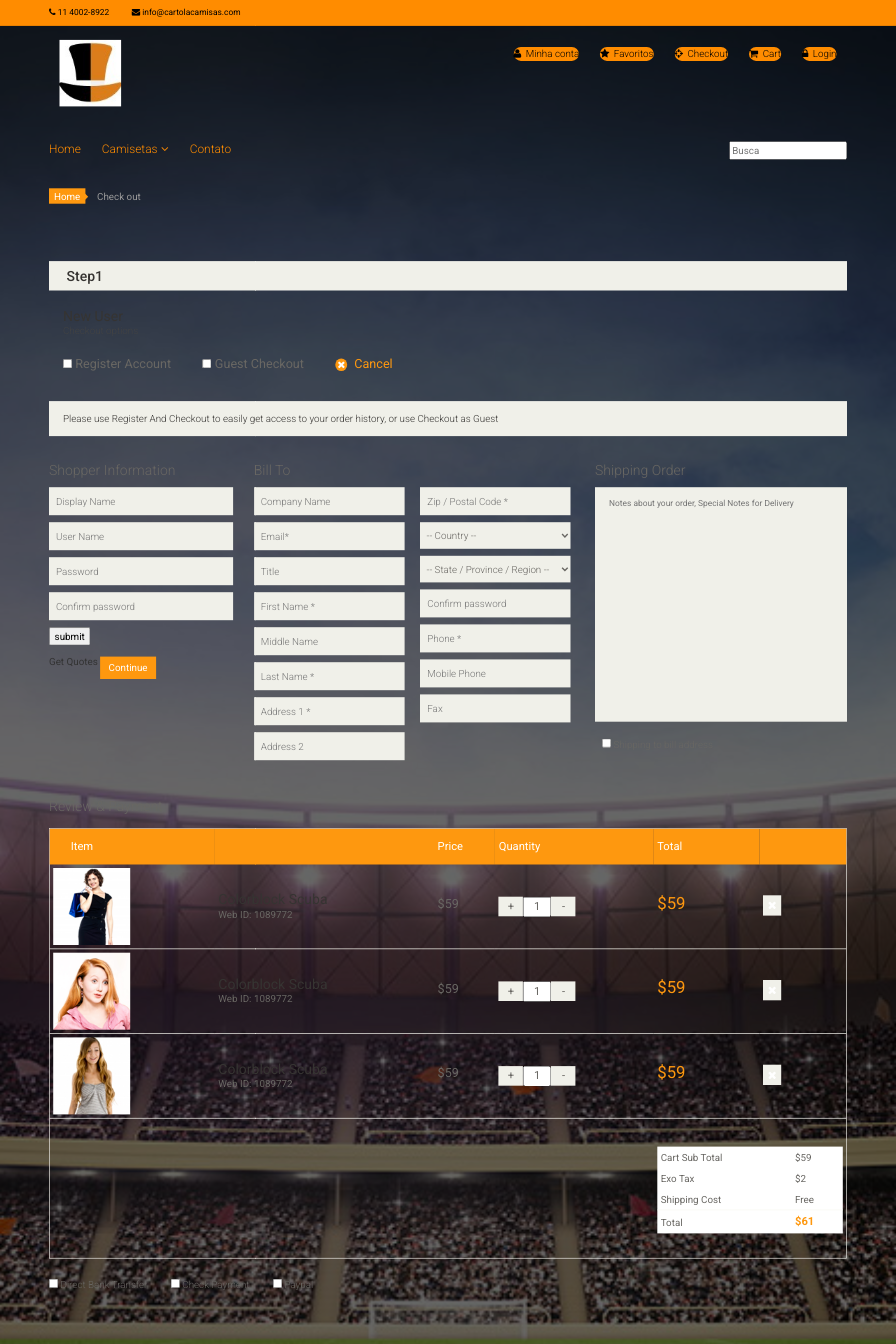
Repository: matheus-bms/camisetaPI
Page: http://localhost/checkout
The author's editor kept a copy of each file at every save. The page is drawn from the files as they stood at one save, then again after the next save.
The browser window is 1280 px wide. The pictures show the part of the page from y = 0 to 1920 px (the page is 2568 px tall before and 1643 px after), at 70% of full size.
Some web fonts or font styles are not loaded; a fallback is used. The page is served by the project's Node server (app.js). Other server files are loaded and not shown.

Above is the page before, as saved 2022-04-26 23:32:18.

### views/checkout.ejs
<%- include('./partials/head'); %>

<body>
	<%- include('./partials/header'); %>

	<section id="cart_items">
		<div class="container">
			<div class="breadcrumbs">
				<ol class="breadcrumb">
				  <li><a href="#">Home</a></li>
				  <li class="active">Check out</li>
				</ol>
			</div><!--/breadcrums-->

			<div class="step-one">
				<h2 class="heading">Step1</h2>
			</div>
			<div class="checkout-options">
				<h3>New User</h3>
				<p>Checkout options</p>
				<ul class="nav">
					<li>
						<label><input type="checkbox"> Register Account</label>
					</li>
					<li>
						<label><input type="checkbox"> Guest Checkout</label>
					</li>
					<li>
						<a href=""><i class="fa fa-times"></i>Cancel</a>
					</li>
				</ul>
			</div><!--/checkout-options-->

			<div class="register-req">
				<p>Please use Register And Checkout to easily get access to your order history, or use Checkout as Guest</p>
			</div><!--/register-req-->

			<div class="shopper-informations">
				<div class="row">
					<div class="col-sm-3">
						<div class="shopper-info">
							<p>Shopper Information</p>
							<form action="/checkout" method="post">
								<input type="text" placeholder="Display Name">
								<input type="text" placeholder="User Name">
								<input type="password" placeholder="Password">
								<input type="password" placeholder="Confirm password">
								<button type="submit">submit</button>
							</form>
							<!<a class="btn btn-primary" href="">Get Quotes</a>
							<a class="btn btn-primary" href="">Continue</a>
						</div>
					</div>
					<div class="col-sm-5 clearfix">
						<div class="bill-to">
							<p>Bill To</p>
							<div class="form-one">
								<form>
									<input type="text" placeholder="Company Name">
									<input type="text" placeholder="Email*">
									<input type="text" placeholder="Title">
									<input type="text" placeholder="First Name *">
									<input type="text" placeholder="Middle Name">
									<input type="text" placeholder="Last Name *">
									<input type="text" placeholder="Address 1 *">
									<input type="text" placeholder="Address 2">
								</form>
							</div>
							<div class="form-two">
								<form>
									<input type="text" placeholder="Zip / Postal Code *">
									<select>
										<option>-- Country --</option>
										<option>United States</option>
										<option>Bangladesh</option>
										<option>UK</option>
										<option>India</option>
										<option>Pakistan</option>
										<option>Ucrane</option>
										<option>Canada</option>
										<option>Dubai</option>
									</select>
									<select>
										<option>-- State / Province / Region --</option>
										<option>United States</option>
										<option>Bangladesh</option>
										<option>UK</option>
										<option>India</option>
										<option>Pakistan</option>
										<option>Ucrane</option>
										<option>Canada</option>
										<option>Dubai</option>
									</select>
									<input type="password" placeholder="Confirm password">
									<input type="text" placeholder="Phone *">
									<input type="text" placeholder="Mobile Phone">
									<input type="text" placeholder="Fax">
								</form>
							</div>
						</div>
					</div>
					<div class="col-sm-4">
						<div class="order-message">
							<p>Shipping Order</p>
							<textarea name="message"  placeholder="Notes about your order, Special Notes for Delivery" rows="16"></textarea>
							<label><input type="checkbox"> Shipping to bill address</label>
						</div>
					</div>
				</div>
			</div>
			<div class="review-payment">
				<h2>Review & Payment</h2>
			</div>

			<div class="table-responsive cart_info">
				<table class="table table-condensed">
					<thead>
						<tr class="cart_menu">
							<td class="image">Item</td>
							<td class="description"></td>
							<td class="price">Price</td>
							<td class="quantity">Quantity</td>
							<td class="total">Total</td>
							<td></td>
						</tr>
					</thead>
					<tbody>
						<tr>
							<td class="cart_product">
								<a href=""><img src="images/cart/one.png" alt=""></a>
							</td>
							<td class="cart_description">
								<h4><a href="">Colorblock Scuba</a></h4>
								<p>Web ID: 1089772</p>
							</td>
							<td class="cart_price">
								<p>$59</p>
							</td>
							<td class="cart_quantity">
								<div class="cart_quantity_button">
									<a class="cart_quantity_up" href=""> + </a>
									<input class="cart_quantity_input" type="text" name="quantity" value="1" autocomplete="off" size="2">
									<a class="cart_quantity_down" href=""> - </a>
								</div>
							</td>
							<td class="cart_total">
								<p class="cart_total_price">$59</p>
							</td>
							<td class="cart_delete">
								<a class="cart_quantity_delete" href=""><i class="fa fa-times"></i></a>
							</td>
						</tr>

						<tr>
							<td class="cart_product">
								<a href=""><img src="images/cart/two.png" alt=""></a>
							</td>
							<td class="cart_description">
								<h4><a href="">Colorblock Scuba</a></h4>
								<p>Web ID: 1089772</p>
							</td>
							<td class="cart_price">
								<p>$59</p>
							</td>
							<td class="cart_quantity">
								<div class="cart_quantity_button">
									<a class="cart_quantity_up" href=""> + </a>
									<input class="cart_quantity_input" type="text" name="quantity" value="1" autocomplete="off" size="2">
									<a class="cart_quantity_down" href=""> - </a>
								</div>
							</td>
							<td class="cart_total">
								<p class="cart_total_price">$59</p>
							</td>
							<td class="cart_delete">
								<a class="cart_quantity_delete" href=""><i class="fa fa-times"></i></a>
							</td>
						</tr>
						<tr>
							<td class="cart_product">
								<a href=""><img src="images/cart/three.png" alt=""></a>
							</td>
							<td class="cart_description">
								<h4><a href="">Colorblock Scuba</a></h4>
								<p>Web ID: 1089772</p>
							</td>
							<td class="cart_price">
								<p>$59</p>
							</td>
							<td class="cart_quantity">
								<div class="cart_quantity_button">
									<a class="cart_quantity_up" href=""> + </a>
									<input class="cart_quantity_input" type="text" name="quantity" value="1" autocomplete="off" size="2">
									<a class="cart_quantity_down" href=""> - </a>
								</div>
							</td>
							<td class="cart_total">
								<p class="cart_total_price">$59</p>
							</td>
							<td class="cart_delete">
								<a class="cart_quantity_delete" href=""><i class="fa fa-times"></i></a>
							</td>
						</tr>
						<tr>
							<td colspan="4">&nbsp;</td>
							<td colspan="2">
								<table class="table table-condensed total-result">
									<tr>
										<td>Cart Sub Total</td>
										<td>$59</td>
									</tr>
									<tr>
										<td>Exo Tax</td>
										<td>$2</td>
									</tr>
									<tr class="shipping-cost">
										<td>Shipping Cost</td>
										<td>Free</td>
									</tr>
									<tr>
										<td>Total</td>
										<td><span>$61</span></td>
									</tr>
								</table>
							</td>
						</tr>
					</tbody>
				</table>
			</div>
			<div class="payment-options">
					<span>
						<label><input type="checkbox"> Direct Bank Transfer</label>
					</span>
					<span>
						<label><input type="checkbox"> Check Payment</label>
					</span>
					<span>
						<label><input type="checkbox"> Paypal</label>
					</span>
				</div>
		</div>
	</section> <!--/#cart_items-->



	<%- include('./partials/footer'); %>
	<%- include('./partials/scripts'); %>
</body>
</html>

### views/partials/head.ejs
<!DOCTYPE html>
<html lang="en">
<head>
    <meta charset="utf-8">
    <meta name="viewport" content="width=device-width, initial-scale=1.0">
    <meta name="description" content="">
    <meta name="author" content="">
    <title>Shop | Cartola Camisas</title>
    <link href=" stylesheets/bootstrap.min.css" rel="stylesheet">
    <link href=" stylesheets/font-awesome.min.css" rel="stylesheet">
    <link href=" stylesheets/prettyPhoto.css" rel="stylesheet">
    <link href=" stylesheets/price-range.css" rel="stylesheet">
    <link href=" stylesheets/animate.css" rel="stylesheet">
	<link href=" stylesheets/main.css" rel="stylesheet">
	<link href=" stylesheets/responsive.css" rel="stylesheet">
    <!--[if lt IE 9]>
    <script src="js/html5shiv.js"></script>
    <script src="js/respond.min.js"></script>
    <![endif]-->
    <link rel="shortcut icon" href="/images/ico/favicon.ico">
    <link rel="apple-touch-icon-precomposed" sizes="144x144" href="/images/ico/apple-touch-icon-144-precomposed.png">
    <link rel="apple-touch-icon-precomposed" sizes="114x114" href="/images/ico/apple-touch-icon-114-precomposed.png">
    <link rel="apple-touch-icon-precomposed" sizes="72x72" href="/images/ico/apple-touch-icon-72-precomposed.png">
    <link rel="apple-touch-icon-precomposed" href="/images/ico/apple-touch-icon-57-precomposed.png">
</head><!--/head-->

### views/partials/header.ejs
<header id="header"><!--header-->
    <div class="header_top"><!--header_top-->
        <div class="container">
            <div class="row">
                <div class="col-sm-6">
                    <div class="contactinfo">
                        <ul class="nav nav-pills">
                            <li><a href="#"><i class="fa fa-phone"></i> 11 4002-8922</a></li>
                            <li><a href="#"><i class="fa fa-envelope"></i> info@cartolacamisas.com</a></li>
                        </ul>
                    </div>
                </div>
                <div class="col-sm-6">
                    <div class="social-icons pull-right"><!--
                        <ul class="nav navbar-nav">
                            <li><a href="#"><i class="fa fa-facebook"></i></a></li>
                            <li><a href="#"><i class="fa fa-twitter"></i></a></li>
                            <li><a href="#"><i class="fa fa-linkedin"></i></a></li>
                            <li><a href="#"><i class="fa fa-dribbble"></i></a></li>
                            <li><a href="#"><i class="fa fa-google-plus"></i></a></li>
                        </ul> </!---->
                    </div>
                </div>
            </div>
        </div>
    </div><!--/header_top-->

    <div class="header-middle"><!--header-middle-->
        <div class="container">
            <div class="row">
                <div class="col-md-4 clearfix">
                    <div class="logo pull-left">
                        <a href="home"><img src="images/home/chapeuLogo.jpeg" alt="" /></a>
                    </div>
                    <!-- <div class="btn-group pull-right clearfix">
                        <div class="btn-group">
                            <button type="button" class="btn btn-default dropdown-toggle usa" data-toggle="dropdown">
                                USA
                                <span class="caret"></span>
                            </button>
                            <ul class="dropdown-menu">
                                <li><a href="">Canada</a></li>
                                <li><a href="">UK</a></li>
                            </ul>
                        </div>

                        <div class="btn-group">
                            <button type="button" class="btn btn-default dropdown-toggle usa" data-toggle="dropdown">
                                DOLLAR
                                <span class="caret"></span>
                            </button>
                            <ul class="dropdown-menu">
                                <li><a href="">Canadian Dollar</a></li>
                                <li><a href="">Pound</a></li>
                            </ul>
                        </div>
                    </div> -->
                </div>
                <div class="col-md-8 clearfix">
                    <div class="shop-menu clearfix pull-right">
                        <ul class="nav navbar-nav">
                            <li><a href=""><i class="fa fa-user"></i> Minha conta</a></li>
                            <li><a href=""><i class="fa fa-star"></i> Favoritos</a></li>
                            <li><a href="checkout"><i class="fa fa-crosshairs"></i> Checkout</a></li>
                            <li><a href="cart"><i class="fa fa-shopping-cart"></i> Cart</a></li>
                            <li><a href="login"><i class="fa fa-lock"></i> Login</a></li>
                        </ul>
                    </div>
                </div>
            </div>
        </div>
    </div><!--/header-middle-->

    <div class="header-bottom"><!--header-bottom-->
        <div class="container">
            <div class="row">
                <div class="col-sm-9">
                    <div class="navbar-header">
                        <button type="button" class="navbar-toggle" data-toggle="collapse" data-target=".navbar-collapse">
                            <span class="sr-only">Toggle navigation</span>
                            <span class="icon-bar"></span>
                            <span class="icon-bar"></span>
                            <span class="icon-bar"></span>
                        </button>
                    </div>
                    <div class="mainmenu pull-left">
                        <ul class="nav navbar-nav collapse navbar-collapse">
                            <li><a href="home" class="active">Home</a></li>
                            <li class="dropdown"><a href="#">Camisetas<i class="fa fa-angle-down"></i></a>
                                <ul role="menu" class="sub-menu">
                                    <li><a href="shop">Masculinas</a></li>
                                    <li><a href="product-details">Femininas</a></li>
                                    <li><a href="checkout">Promoções</a></li>
                                    <li><a href="carrinho">Carrinho</a></li>
                                    <li><a href="login">Login</a></li>
                                </ul>
                            </li>
                            <!-- <li class="dropdown"><a href="#">Blog<i class="fa fa-angle-down"></i></a>
                                <ul role="menu" class="sub-menu">
                                    <li><a href="blog">Blog List</a></li>
                                    <li><a href="blog-single">Blog Single</a></li>
                                </ul>
                            </li>
                            <li><a href="404">404</a></li> -->
                            <li><a href="contato">Contato</a></li>
                        </ul>
                    </div>
                </div>
                <div class="col-sm-3">
                    <div class="search_box pull-right">
                        <input type="text" placeholder="Busca"/>
                    </div>
                </div>
            </div>
        </div>
    </div><!--/header-bottom-->
</header><!--/header-->

### views/partials/scripts.ejs
<script src="/javascripts/jquery.js"></script>
<script src="/javascripts/price-range.js"></script>
<script src="/javascripts/jquery.scrollUp.min.js"></script>
<script src="/javascripts/bootstrap.min.js"></script>
<script src="/javascripts/jquery.prettyPhoto.js"></script>
<script src="/javascripts/main.js"></script>

### public/stylesheets/price-range.css
/*!
 * Slider for Bootstrap
 *
 * Copyright 2012 Stefan Petre
 * Licensed under the Apache License v2.0
 * http://www.apache.org/licenses/LICENSE-2.0
 *
 */
.slider {
  display: inline-block;
  vertical-align: middle;
  position: relative;
}
.slider.slider-horizontal {
  width: 210px;
  height: 20px;
}
.slider.slider-horizontal .slider-track {
  height: 15px;
  left: 0;
  margin-top: -5px;
  top: 50%;
  width: 100%;
}
.slider.slider-horizontal .slider-selection {
  height: 100%;
  top: 0;
  bottom: 0;
}
.slider.slider-horizontal .slider-handle {
  margin-left: -12px;
  margin-top: 2px;
}

.left-round{
  margin-left:2px !important;
}

.slider.slider-horizontal .slider-handle.triangle {
  border-width: 0 10px 10px 10px;
  width: 0;
  height: 0;
  border-bottom-color: #0480be;
  margin-top: 0;
}
.slider.slider-vertical {
  height: 210px;
  width: 20px;
}
.slider.slider-vertical .slider-track {
  width: 10px;
  height: 100%;
  margin-left: -5px;
  left: 50%;
  top: 0;
}
.slider.slider-vertical .slider-selection {
  width: 100%;
  left: 0;
  top: 0;
  bottom: 0;
}
.slider.slider-vertical .slider-handle {
  margin-left: -5px;
  margin-top: -10px;
}
.slider.slider-vertical .slider-handle.triangle {
  border-width: 10px 0 10px 10px;
  width: 1px;
  height: 1px;
  border-left-color: #0480be;
  margin-left: 0;
}
.slider input {
  display: none;
}
.slider .tooltip-inner {
  white-space: nowrap;
}
.slider-track {
  position: absolute;
  cursor: pointer;
  background-color: #f7f7f7;
  background-image: -moz-linear-gradient(top, #f5f5f5, #f9f9f9);
  background-image: -webkit-gradient(linear, 0 0, 0 100%, from(#f5f5f5), to(#f9f9f9));
  background-image: -webkit-linear-gradient(top, #f5f5f5, #f9f9f9);
  background-image: -o-linear-gradient(top, #f5f5f5, #f9f9f9);
  background-image: linear-gradient(to bottom, #f5f5f5, #f9f9f9);
  background-repeat: repeat-x;
  filter: progid:DXImageTransform.Microsoft.gradient(startColorstr='#fff5f5f5', endColorstr='#fff9f9f9', GradientType=0);
  -webkit-box-shadow: inset 0 1px 2px rgba(0, 0, 0, 0.1);
  -moz-box-shadow: inset 0 1px 2px rgba(0, 0, 0, 0.1);
  box-shadow: inset 0 1px 2px rgba(0, 0, 0, 0.1);
  -webkit-border-radius: 15px;
  -moz-border-radius: 15px;
  border-radius: 15px;
}

.slider-selection {
  -moz-box-sizing: border-box;
  background: none repeat scroll 0 0 #FE980F;
  border-radius: 15px;
  box-shadow: 0 -1px 0 rgba(0, 0, 0, 0.15) inset;
  position: absolute;
}

.slider-handle {
  background: #fff;
  box-shadow:none;
  height: 10px;
  opacity: 1;
  position: absolute;
  width: 10px;
}

.slider-handle.round {
  -webkit-border-radius: 20px;
  -moz-border-radius: 20px;
  border-radius: 20px;
}
.slider-handle.triangle {
  background: transparent none;
}

Loaded but not shown: public/stylesheets/bootstrap.min.css (library); public/stylesheets/font-awesome.min.css (library); public/stylesheets/animate.css (library); public/javascripts/jquery.js (library); public/javascripts/jquery.scrollUp.min.js (common file); public/javascripts/bootstrap.min.js (library); public/javascripts/jquery.prettyPhoto.js (library); public/javascripts/price-range.js (388 lines, source omitted); controller/UserController.js (56 lines, source omitted); public/javascripts/main.js (32 lines, source omitted); app.js (42 lines, source omitted); public/stylesheets/main.css (2456 lines, source omitted); public/stylesheets/prettyPhoto.css (170 lines, source omitted); public/stylesheets/responsive.css (481 lines, source omitted); views/partials/footer.ejs (153 lines, source omitted)

After the next save:
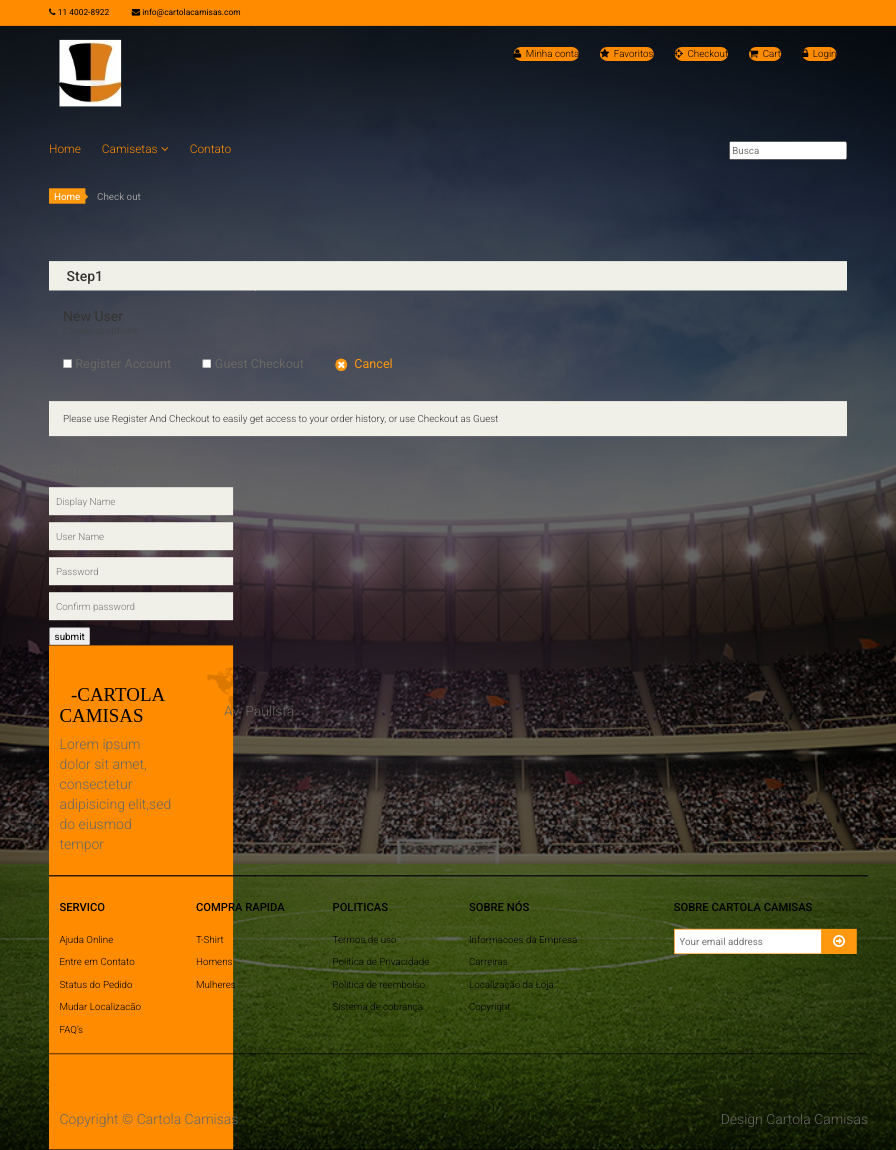
Saved 9 s later.
--- a/views/checkout.ejs
+++ b/views/checkout.ejs
@@ -47,7 +47,7 @@
 								<input type="password" placeholder="Confirm password">
 								<button type="submit">submit</button>
 							</form>
-							<!<a class="btn btn-primary" href="">Get Quotes</a>
+							<!--<a class="btn btn-primary" href="">Get Quotes</a>
 							<a class="btn btn-primary" href="">Continue</a>
 						</div>
 					</div>

After the 4 saves that followed:
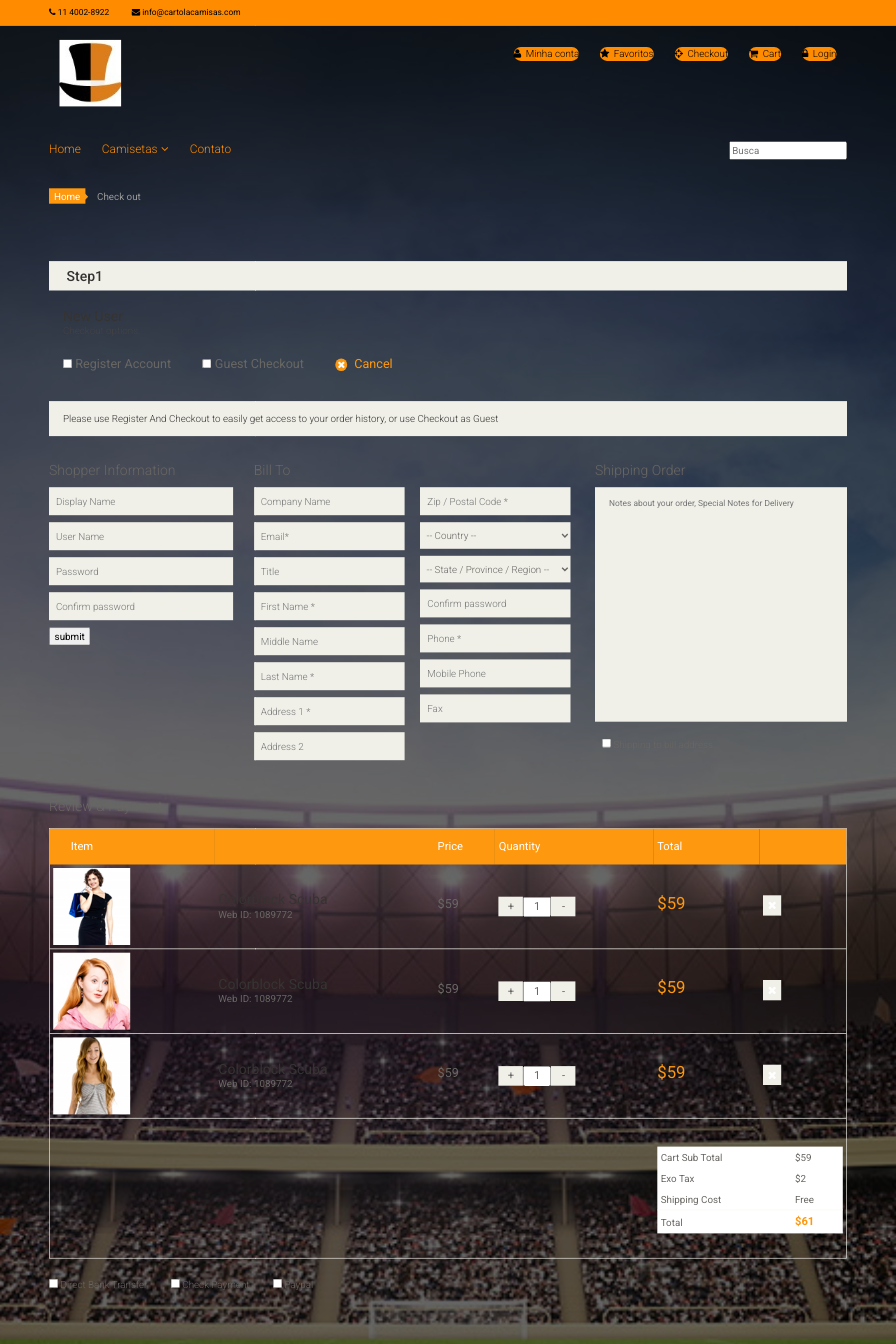
The 4 saves are shown as one change because 3 left the picture as it was.
The last was saved 24 s later.
--- a/views/checkout.ejs
+++ b/views/checkout.ejs
@@ -48,7 +48,7 @@
 								<button type="submit">submit</button>
 							</form>
 							<!--<a class="btn btn-primary" href="">Get Quotes</a>
-							<a class="btn btn-primary" href="">Continue</a>
+							<a class="btn btn-primary" href="">Continue</a>-->
 						</div>
 					</div>
 					<div class="col-sm-5 clearfix">
